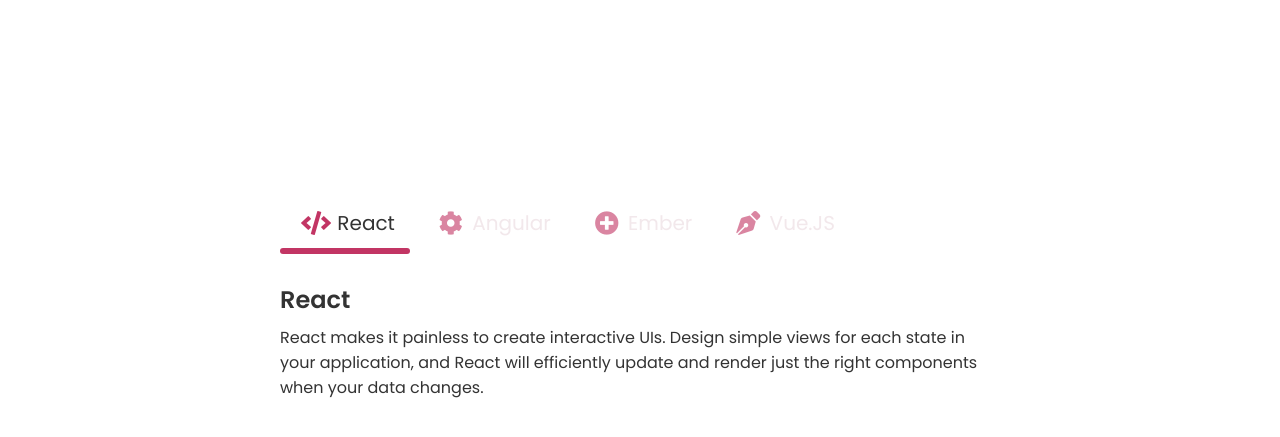
Repository: NguyenMinhTho2207/MT.Shoppe
Page: index-test.html
These files come from the project's save history. The page is drawn as it stood at one moment and after the next save; the edit follows.
The browser window is 1280 px wide. The pictures show the whole page.

Above is the page before, as saved 2021-11-30 09:26:50.

### index-test.html
<!DOCTYPE html>
<html lang="en">
<head>
  <meta charset="UTF-8">
  <meta http-equiv="X-UA-Compatible" content="IE=edge">
  <meta name="viewport" content="width=device-width, initial-scale=1.0">
  <title>Document</title>
  <link rel="preconnect" href="https://fonts.gstatic.com">
<link rel="stylesheet" href="https://cdnjs.cloudflare.com/ajax/libs/font-awesome/5.15.2/css/all.min.css"
  integrity="sha512-HK5fgLBL+xu6dm/Ii3z4xhlSUyZgTT9tuc/hSrtw6uzJOvgRr2a9jyxxT1ely+B+xFAmJKVSTbpM/CuL7qxO8w=="
  crossorigin="anonymous" />
<link href="https://fonts.googleapis.com/css2?family=Poppins:wght@300;400;500;600&display=swap" rel="stylesheet">
<link rel="stylesheet" href="/styleTest.css">
</head>
<body>
  <div>
    <!-- Tab items -->
    <div class="tabs">
      <div class="tab-item active">
        <i class="tab-icon fas fa-code"></i>
        React
      </div>
      <div class="tab-item">
        <i class="tab-icon fas fa-cog"></i>
        Angular
      </div>
      <div class="tab-item">
        <i class="tab-icon fas fa-plus-circle"></i>
        Ember
      </div>
      <div class="tab-item">
        <i class="tab-icon fas fa-pen-nib"></i>
        Vue.JS
      </div>
      <div class="line"></div>
    </div>

    <!-- Tab content -->
    <div class="tab-content">
      <div class="tab-pane active">
        <h2>React</h2>
        <p>React makes it painless to create interactive UIs. Design simple views for each state in your application, and
          React will efficiently update and render just the right components when your data changes.</p>
      </div>
      <div class="tab-pane">
        <h2>Angular</h2>
        <p>Angular is an application design framework and development platform for creating efficient and sophisticated
          single-page apps.</p>
      </div>
      <div class="tab-pane">
        <h2>Ember</h2>
        <p>Ember.js is a productive, battle-tested JavaScript framework for building modern web applications. It includes
          everything you need to build rich UIs that work on any device.</p>
      </div>
      <div class="tab-pane">
        <h2>Vue.js</h2>
        <p>Vue (pronounced /vjuː/, like view) is a progressive framework for building user interfaces. Unlike other
          monolithic frameworks, Vue is designed from the ground up to be incrementally adoptable. </p>
      </div>
    </div>
  </div>
  <script>
    const $ = document.querySelector.bind(document)
    const $$ = document.querySelectorAll.bind(document)
    const tabs = $$('.tab-item');
    const panes = $$('.tab-pane');
    const tabOffset = $('.tab-item.active')
    const lineActive = $('.tabs .line')
    lineActive.style.left = tabOffset.offsetLeft + 'px';
    lineActive.style.width = tabOffset.offsetWidth + 'px';

    tabs.forEach((tab, index) => {
      tab.onclick = function () {
        const pane = panes[index];
        $('.tab-item.active').classList.remove('active');
        $('.tab-pane.active').classList.remove('active');
        lineActive.style.left = this.offsetLeft + 'px';
        lineActive.style.width = this.offsetWidth + 'px';
        this.classList.add('active')
        pane.classList.add('active');

      }
    })
  </script>
</body>

### styleTest.css
* {
  padding: 0;
  margin: 0;
  box-sizing: border-box;
}
body {
  display: flex;
  font-family: "Poppins", sans-serif;
}
body > div {
  margin: 15% auto 0;
  max-width: 720px;
}
.tabs {
  display: flex;
  position: relative;
}
.tabs .line {
  position: absolute;
  left: 0;
  bottom: 0;
  width: 0;
  height: 6px;
  border-radius: 15px;
  background-color: #c23564;
  transition: all 0.2s ease;
}
.tab-item {
  min-width: 80px;
  padding: 16px 20px 11px 20px;
  font-size: 20px;
  text-align: center;
  color: #ebd9df;
  background-color: #fff;
  border-top-left-radius: 5px;
  border-top-right-radius: 5px;
  border-bottom: 5px solid transparent;
  opacity: 0.6;
  cursor: pointer;
  transition: all 0.5s ease;
}
.tab-icon {
  font-size: 24px;
  width: 32px;
  position: relative;
  top: 2px;
  color: #c23564;
}
.tab-item:hover {
  opacity: 1;
  background-color: rgba(194, 53, 100, 0.05);
  border-color: rgba(194, 53, 100, 0.1);
}
.tab-item.active {
  opacity: 1;
  color: #333;
}
.tab-content {
  padding: 28px 0;
}
.tab-pane {
  color: #333;
  display: none;
}
.tab-pane.active {
  display: block;
}
.tab-pane h2 {
  font-size: 24px;
  margin-bottom: 8px;
}

After the next save:
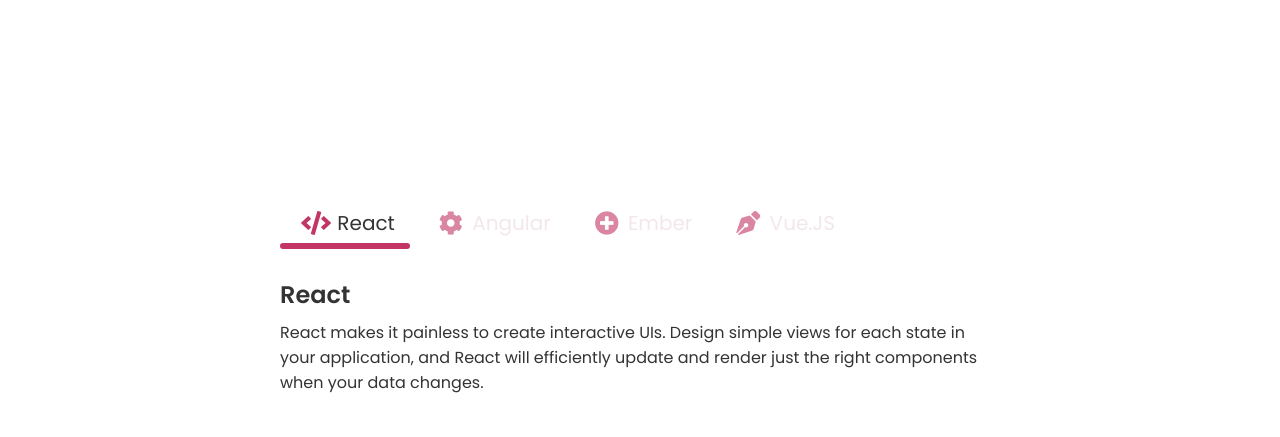
Saved 71 s later.
--- a/styleTest.css
+++ b/styleTest.css
@@ -34,7 +34,7 @@
   background-color: #fff;
   border-top-left-radius: 5px;
   border-top-right-radius: 5px;
-  border-bottom: 5px solid transparent;
+  /* border-bottom: 5px solid transparent; */
   opacity: 0.6;
   cursor: pointer;
   transition: all 0.5s ease;

After the save that followed:
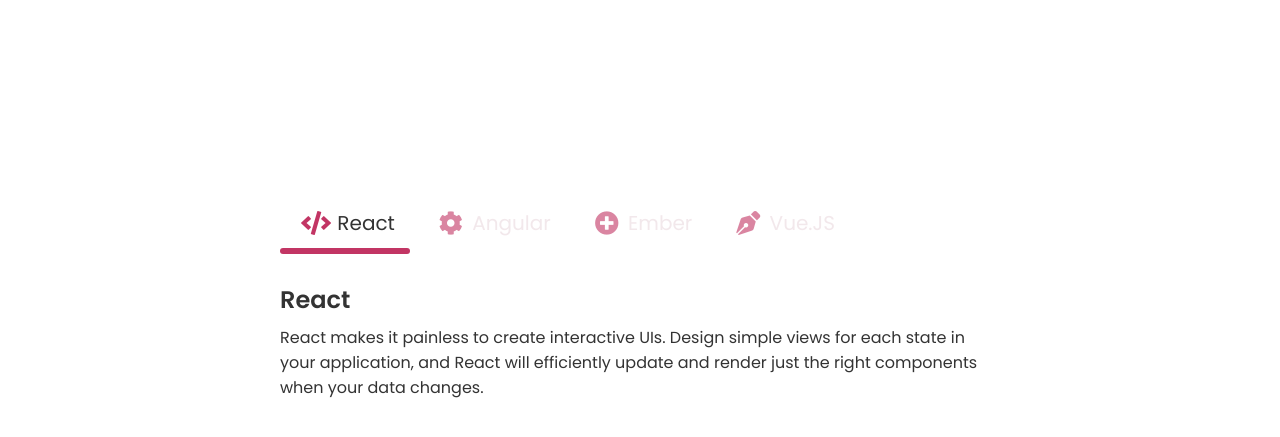
Saved 4 s later.
--- a/styleTest.css
+++ b/styleTest.css
@@ -34,7 +34,7 @@
   background-color: #fff;
   border-top-left-radius: 5px;
   border-top-right-radius: 5px;
-  /* border-bottom: 5px solid transparent; */
+  border-bottom: 5px solid transparent;
   opacity: 0.6;
   cursor: pointer;
   transition: all 0.5s ease;
